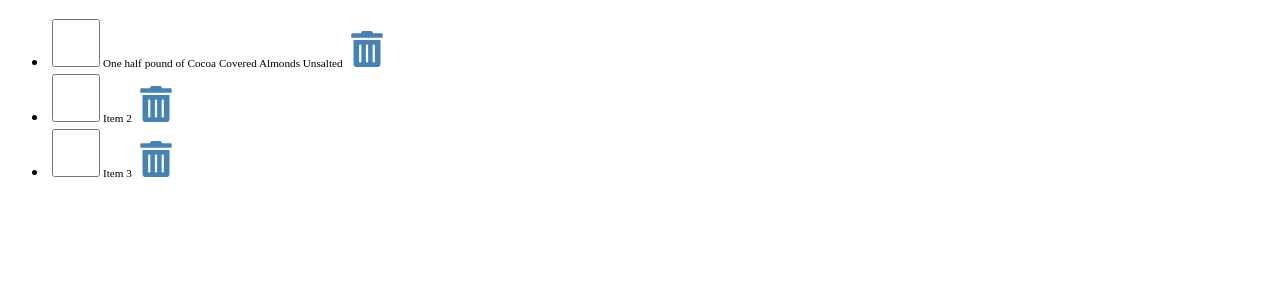
Repository: akinmiday/react-series
Page: /
An editor plug-in stored every save of this project. The page is shown before and after the next save, followed by the edit.
The browser window is 1280 px wide. The pictures show the whole page.
The project was rebuilt for these pictures with package versions that can differ from the ones it lists, and the page was loaded fresh each time. Also part of the build but not shown: vite.config.js, src/index.css.

Above is the page before, as saved 2023-08-21 18:04:18.

After the next save:
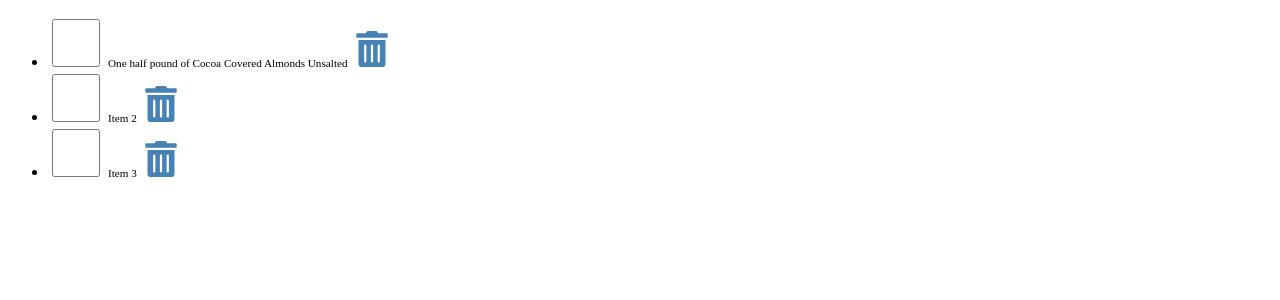
Saved 31 s later.
--- a/src/App.css
+++ b/src/App.css
@@ -4,8 +4,10 @@
     width: 48px;
     min-width: 48px;
     height: 2.5rem;
+    height: 48px;
     min-height: 48px;
     cursor: pointer;
+    margin-right: 0.5rem;
 }
 
 .item input[type="checkbox"]:focus + label{
